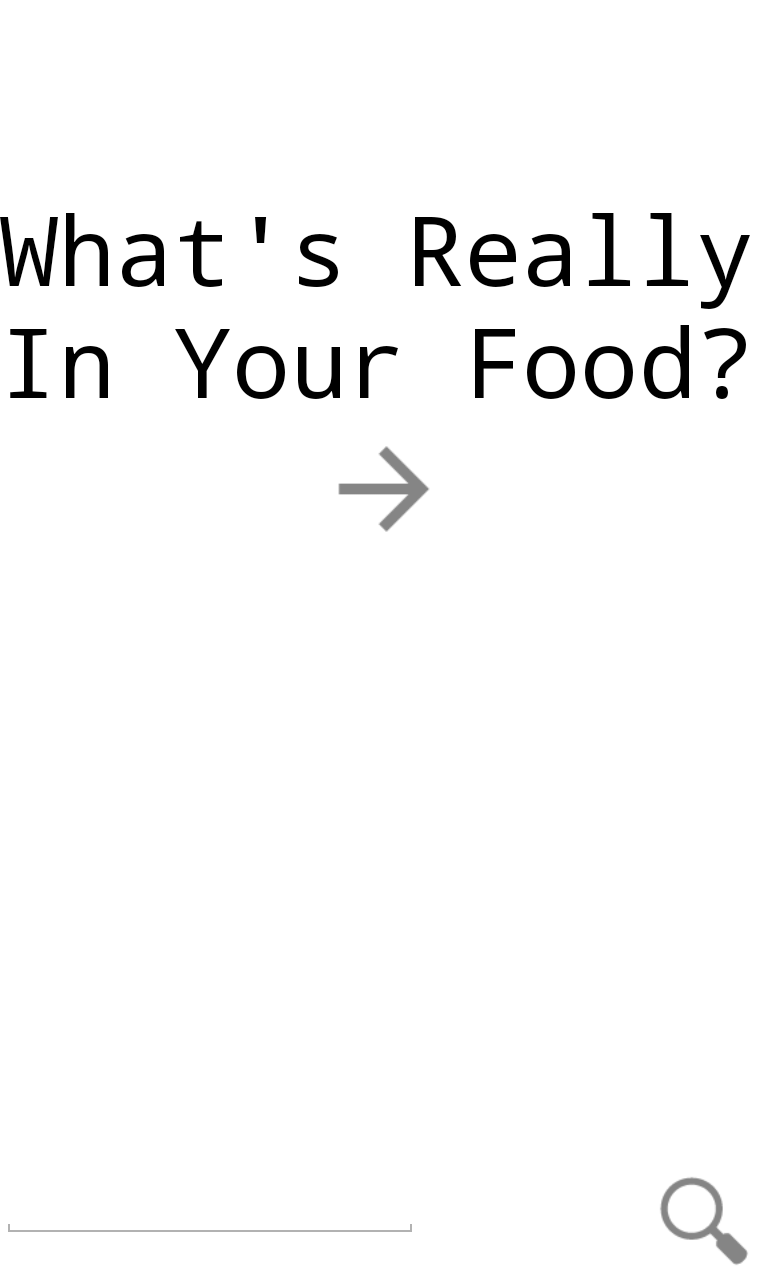
Repository: sehmon/workspace-eclipse
Layout: WhatAmIEating/res/layout/activity_scan.xml
An editor plug-in stored every save of this project. The layout is shown before and after the next save, followed by the edit.
It is drawn on a 768 x 1280 px phone screen (xhdpi) without system bars, with theme android:Theme.Holo.Light.NoActionBar.Fullscreen; the app's code is not run. The app's manifest (not shown) leaves right-to-left support off. So textAlignment, textDirection and layoutDirection are ignored, and left and right values win over start and end ones.

Above is the layout before, as saved 2014-04-13 11:12:08.

After the next save:
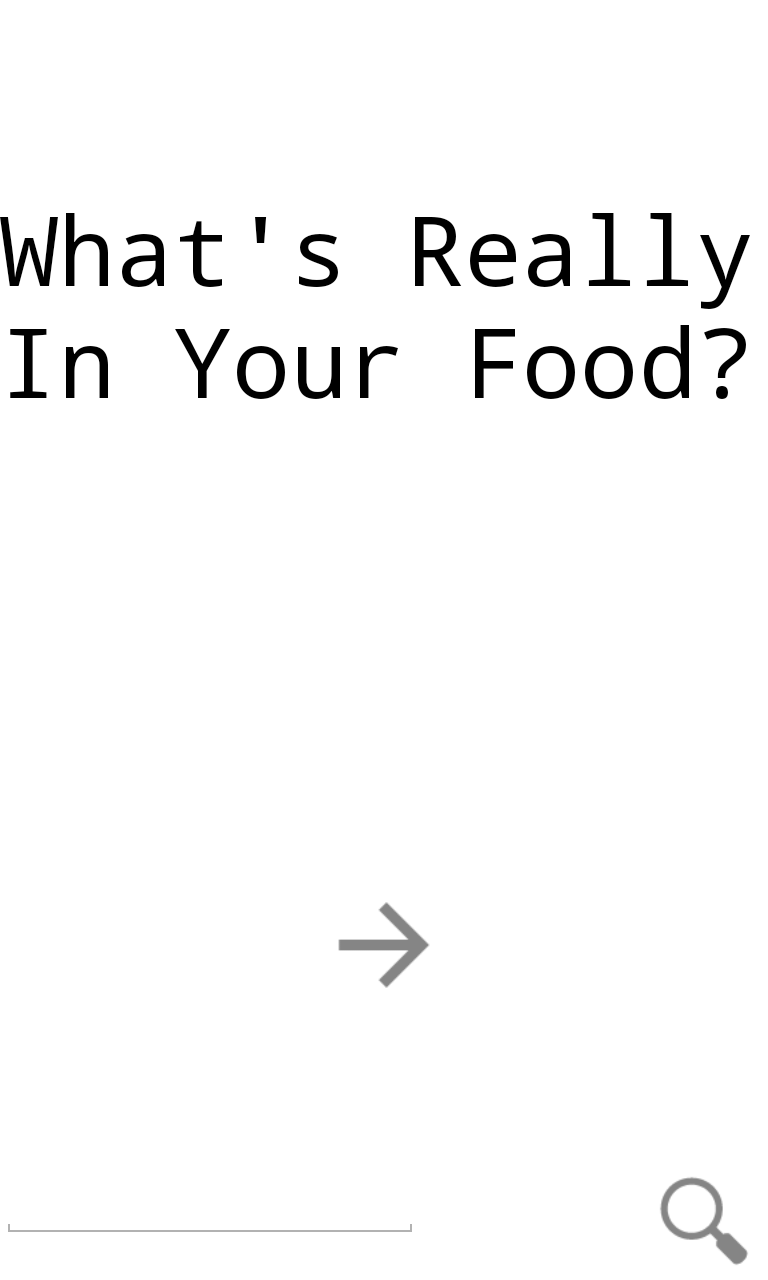
Saved 2 min 39 s later.
--- a/WhatAmIEating/res/layout/activity_scan.xml
+++ b/WhatAmIEating/res/layout/activity_scan.xml
@@ -40,8 +40,9 @@
         android:id="@+id/scanButton"
         android:layout_width="wrap_content"
         android:layout_height="wrap_content"
-        android:layout_below="@+id/textView1"
+        android:layout_above="@+id/editText1"
         android:layout_centerHorizontal="true"
+        android:layout_marginBottom="76dp"
         android:background="#0000"
         android:src="@drawable/ic_action_forward" />
 
